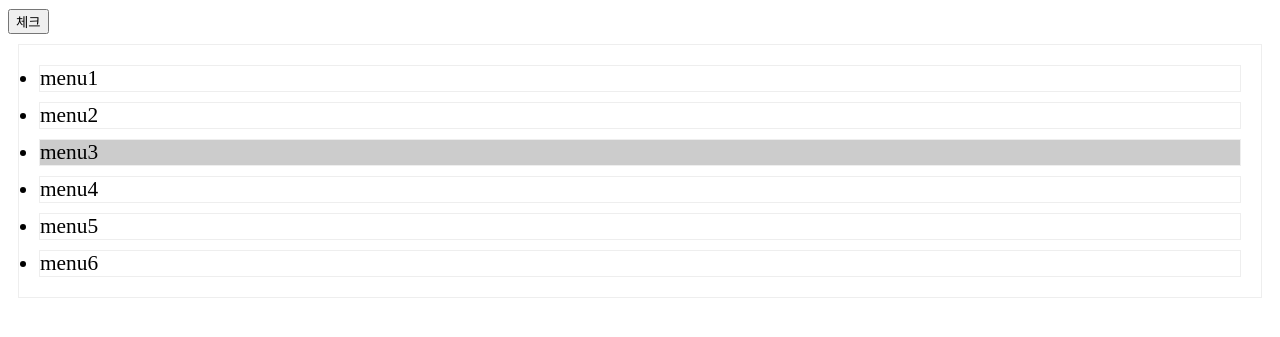
Repository: swc0516s/EZEN-JS
Page: JavaScript Workspace Lecture/JavaScript_jQuery_03/WebContent/Chapter04/4_13.html
The author's editor kept a copy of each file at every save. The page is drawn from the files as they stood at one save, then again after the next save.
The browser window is 1280 px wide. The pictures show the whole page.

Above is the page before, as saved 2022-03-18 07:18:04.

After the next save:
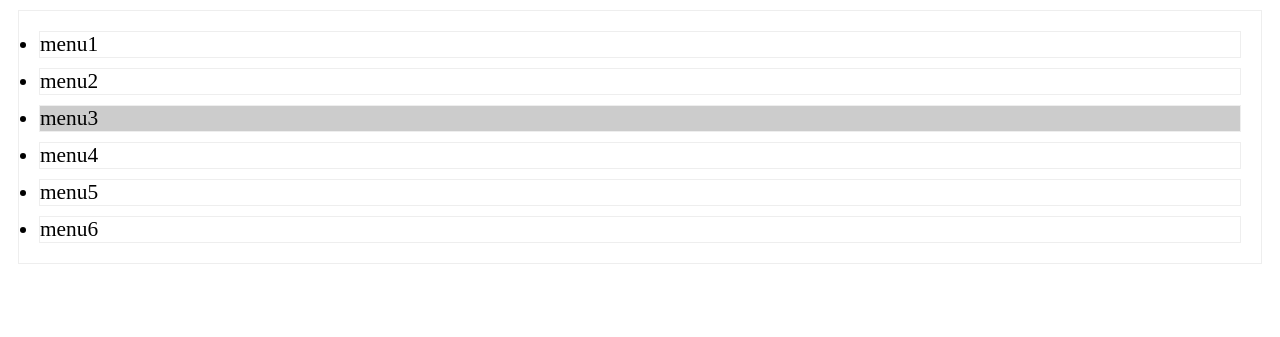
Saved 32 s later.
--- a/JavaScript Workspace Lecture/JavaScript_jQuery_03/WebContent/Chapter04/4_13.html
+++ b/JavaScript Workspace Lecture/JavaScript_jQuery_03/WebContent/Chapter04/4_13.html
@@ -33,7 +33,6 @@ li.select {
 </script>
 </head>
 <body>
-	<button id="ok">체크</button>
 	<ul class="menu">
 		<li>menu1</li>
 		<li>menu2</li>
